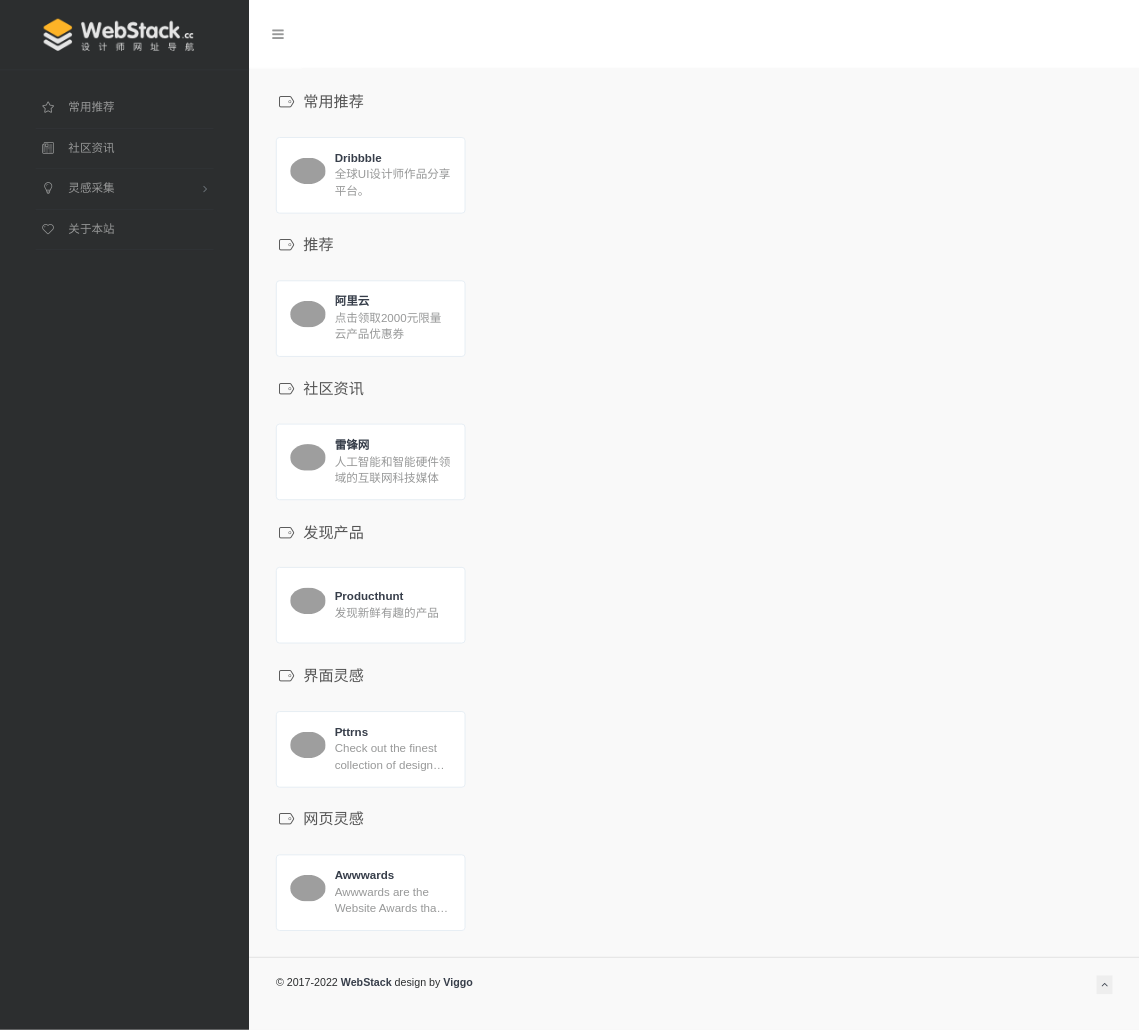
Repository: SweetPomelo0/AINav
Page: cn/index.html
The author's editor kept a copy of each file at every save. The page is drawn from the files as they stood at one save, then again after the next save.
The browser window is 1280 px wide. The pictures show the whole page, at 89% of full size.
Pictures or frames that could not be fetched are drawn as grey boxes.

Above is the page before, as saved 2025-07-24 21:50:59.

After the next save:
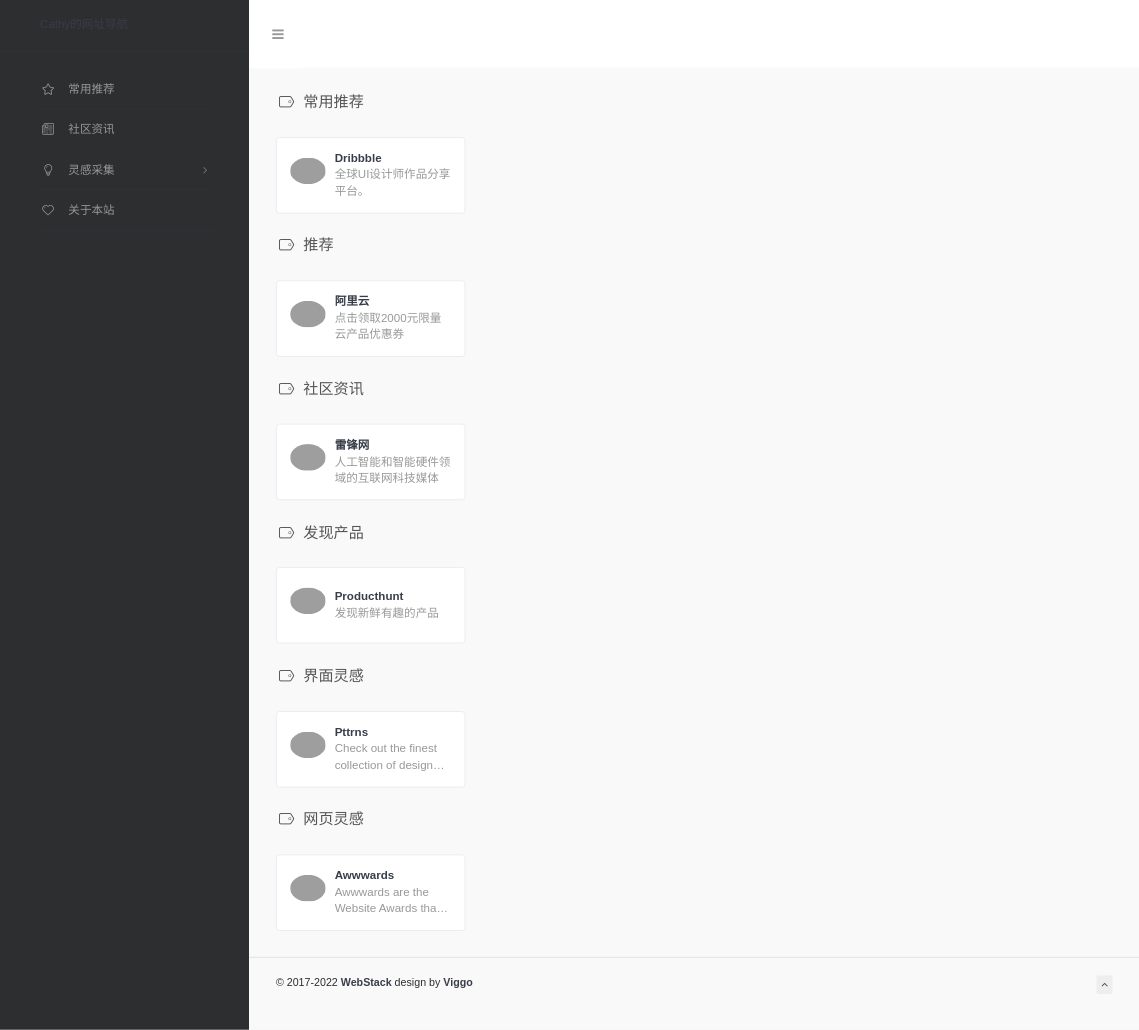
Saved 65 s later.
--- a/cn/index.html
+++ b/cn/index.html
@@ -37,15 +37,11 @@
           <header class="logo-env">
             <!-- logo -->
             <div class="logo">
-              <a href="index.html" class="logo-expanded">
-                <img src="../assets/images/logo@2x.png" width="100%" alt="" />
-              </a>
-              <a href="index.html" class="logo-collapsed">
-                <img
-                  src="../assets/images/logo-collapsed@2x.png"
-                  width="40"
-                  alt=""
-                />
+              <a href="index.html" class="logo-expanded logo-text">
+                <span class="logo-title">Cathy的网址导航</span>
+              </a>
+              <a href="index.html" class="logo-collapsed logo-text">
+                <span class="logo-title-collapsed">C</span>
               </a>
             </div>
             <div class="mobile-menu-toggle visible-xs">
